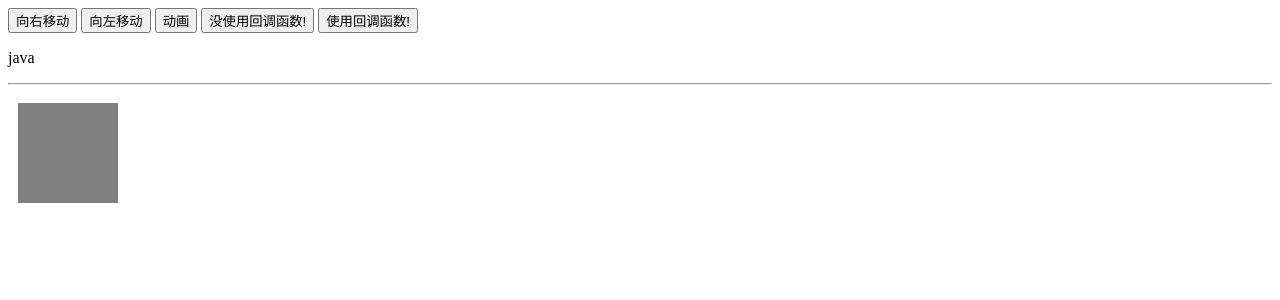
Repository: jsjchai/springmvc_study
Page: springmvc/jquery/jquery_Test/WebContent/jqueryTest15.html
The author's editor kept a copy of each file at every save. The page is drawn from the files as they stood at one save, then again after the next save.
The browser window is 1280 px wide. The pictures show the whole page.

Above is the page before, as saved 2015-04-06 12:38:49.

### springmvc/jquery/jquery_Test/WebContent/jqueryTest15.html
<!DOCTYPE html>
<html>
<head>
<meta charset="UTF-8">
<title>jquery动画效果</title>
<script type="text/javascript" src="./js/jquery-1.11.2.js"></script>
<script type="text/javascript">
	//onload事件
	$(document).ready(function(){
		//向右移动
		$("#b1").click(function(){
			$("#d1").animate({left: '+800px'}, "slow");
		});
		//向左移动
		$("#b2").click(function(){
			$("#d1").animate({left: '-800px'}, "slow");
		});
		//动画
		$("#b3").click(function(){
			 $("#d1").animate({
				    width: "90%",
				    height: "100%",
				    fontSize: "10em",
				    borderWidth: 10
				  }, 1000 );
		});
		//回调函数
		$("#button1").click(function(){
            $("p").hide("slow");
             alert("不使用回调，先弹出对话框再隐藏！");
        });
        $("#button2").click(function(){
            $("p").hide("slow",function(){
                alert("使用回调函数，先隐藏再弹出对话框!");
            });
        });
	});
</script>
</head>
<body>
	<input type="button" value="向右移动" id="b1">
	<input type="button" value="向左移动" id="b2">
	<input type="button" value="动画" id="b3">
	<input id="button1" type="button" value="没使用回调函数!" />
    <input id="button2" type="button" value="使用回调函数!" />
    	<p>java</p>
	<hr>
	<div id="d1"
		style="width: 100px; height: 100px; background-color: gray; margin: 10px; position: absolute;"></div>

</body>
</html>

Loaded but not shown: springmvc/jquery/jquery_Test/WebContent/js/jquery-1.11.2.js (library)

After the next save:
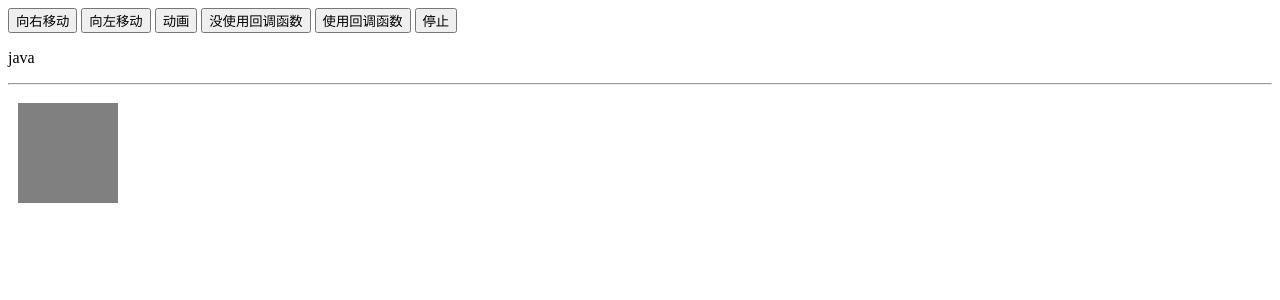
Saved 4 min 7 s later.
--- a/springmvc/jquery/jquery_Test/WebContent/jqueryTest15.html
+++ b/springmvc/jquery/jquery_Test/WebContent/jqueryTest15.html
@@ -41,8 +41,9 @@
 	<input type="button" value="向右移动" id="b1">
 	<input type="button" value="向左移动" id="b2">
 	<input type="button" value="动画" id="b3">
-	<input id="button1" type="button" value="没使用回调函数!" />
-    <input id="button2" type="button" value="使用回调函数!" />
+	<input id="button1" type="button" value="没使用回调函数">
+    <input id="button2" type="button" value="使用回调函数">
+    <input id="b4" type="button" value="停止">
     	<p>java</p>
 	<hr>
 	<div id="d1"
